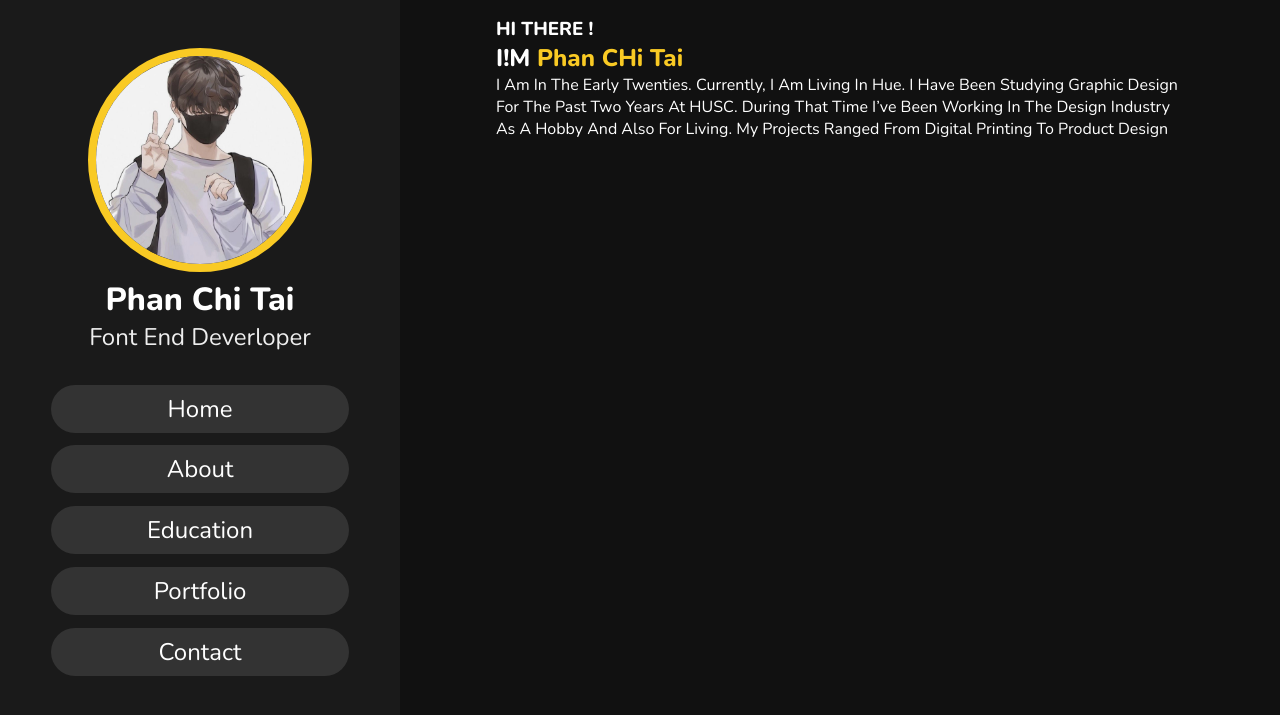
Repository: PCTai/My-profile
Page: index.html
An editor plug-in stored every save of this project. The page is shown before and after the next save, followed by the edit.
The browser window is 1280 px wide. The pictures show the whole page.

Above is the page before, as saved 2021-11-25 20:10:17.

### index.html
<!DOCTYPE html>
<html lang="en">
<head>
    <meta charset="UTF-8">
    <meta http-equiv="X-UA-Compatible" content="IE=edge">
    <meta name="viewport" content="width=device-width, initial-scale=1.0">
    <link rel="preconnect" href="https://fonts.googleapis.com">
    <link rel="preconnect" href="https://fonts.gstatic.com" crossorigin>
    <link href="https://fonts.googleapis.com/css2?family=Nunito:ital,wght@0,400;0,600;0,800;1,200;1,300&display=swap" rel="stylesheet">
    <link rel="stylesheet" href="/assets/font/fontawesome-free-5.15.3-web/css/all.css">

    <link rel="stylesheet" href="/assets/css/style.css">
    <link rel="stylesheet" href="/assets/css/reponsive.css">
    <title>Document</title>
</head>
<body>
    <!-- Header start -->
    <header>
        <div class="user">
            <img src="/assets/imgs/user.jpg" alt="">
            <h3 class="name">Phan Chi Tai</h3>
            <div class="post">Font End Deverloper</div>
        </div>
        <div class="navbar">
            <ul>
                <li><a href="#home">home</a></li>
                <li><a href="#about">About</a></li>
                <li><a href="#education">Education</a></li>
                <li><a href="#portfolio">Portfolio</a></li>
                <li><a href="#contact">Contact</a></li>
            </ul>
        </div>
    </header>
    <!-- Header end -->
    <div id="menu"class="fas fa-bars">
    </div>
    <!-- start home -->
    <section>
        <div id="home" class="home">
            <h3>HI THERE !</h3>
            <h1>I!M <span>Phan CHi Tai</span></h1>
            <p>I am in the early twenties. Currently, I am living in Hue. I have been studying graphic design for the past two years at  HUSC. During that time I’ve been working in the design industry as a hobby and also for living. My projects ranged from digital printing to product design</p>
        </div>
    </section>
    <!-- end home -->
    <!-- start education -->
    <script src="/app.js"></script>
</body>
</html>

### assets/css/style.css
:root{
    --yellow: #f9ca24;
}
*{
    font-family: 'Nunito', sans-serif;
    margin: 0;padding: 0;
    box-sizing: border-box;
    text-decoration: none;
    outline: none;border: none;
    text-transform: capitalize;
    transition: all .2s linear;
}
html{
    font-size: 62,5%;
    overflow: hidden;
}
::selection{
    background-color: var(--yellow);
    color: #333;

}
html::-webkit-scrollbar{
    width: 1.4rem;
}
html::-webkit-scrollbar-track{
    background: #222;
}
html::-webkit-scrollbar-thumb{
    background: var(--yellow);
}
body{
    padding-left: 25rem;
    background: #111;
}
header{
    position: fixed;
    top: 0;
    left: 0;
    z-index: 1000;
    height: 100%;
    display: flex;
    flex-direction: column;
    justify-content: center;
    align-items: center;
    width: 25rem;
    background-color: #1a1a1a;
}

.user img{
    margin-top: 2rem;
    height: 14rem;
    width: 14rem;
    border-radius: 50%;
    object-fit: cover;
    border: 0.5rem solid var(--yellow);

}
header .user .name{
    text-align: center;
    font-size: 2rem;
    color: #fff;
}
header .user .post{
    text-align: center;
    font-size: 1.5rem;
    color: #eee;
}
header .navbar ul{
    margin-top: 1rem;
    list-style: none;
    padding: 1rem 3rem;
}
header .navbar ul li a:hover{
    background-color: var(--yellow);
}
header .navbar ul li a{
    display: block;
    padding: 0.5rem 6rem;
   margin-bottom: 0.8rem;
   background-color: #333;
   color: #fff;
   font-size: 1.5rem;
   border-radius: 5rem;
   text-align: center;
   cursor: pointer;
}
#menu:hover{
    color: var(--yellow);
}


#menu{
    position: fixed;
    z-index: 1000;
    top: 1rem;
    right: 1rem;
    color: #fff;
    padding: 1rem;
    background-color: #222;
    font-size: 2rem;
    cursor: pointer;
}
section{
    min-height: 100vh;
    padding: 1rem;
}
.home{

    color: #fff;
    padding: 0 5rem;
    display: flex;
    flex-direction: column;
    justify-content: center;
    margin: auto;
}
.home span{
    color: var(--yellow);

}

### assets/css/reponsive.css

@media (min-width:1024px){
    #menu{
        display: none;
    }
}
@media (max-width:1024px){
    header{
        left: -125%;
    }

}
@media (max-width:486px){
    header{
        width: 100vw;
    }

}

### app.js

var menu=document.getElementById('menu');
var header=document.querySelector('header');
menu.onclick=function(e){
    if(this.className=='fas fa-bars'){
        this.classList.remove('fa-bars');
        this.classList.add('fa-times');
        header.style='left:0%';
    }
    else{
        this.classList.remove('fa-times');
        this.classList.add('fa-bars');
        header.style='left:-125%';
    }
};

Loaded but not shown: assets/font/fontawesome-free-5.15.3-web/css/all.css (library)

After the next save:
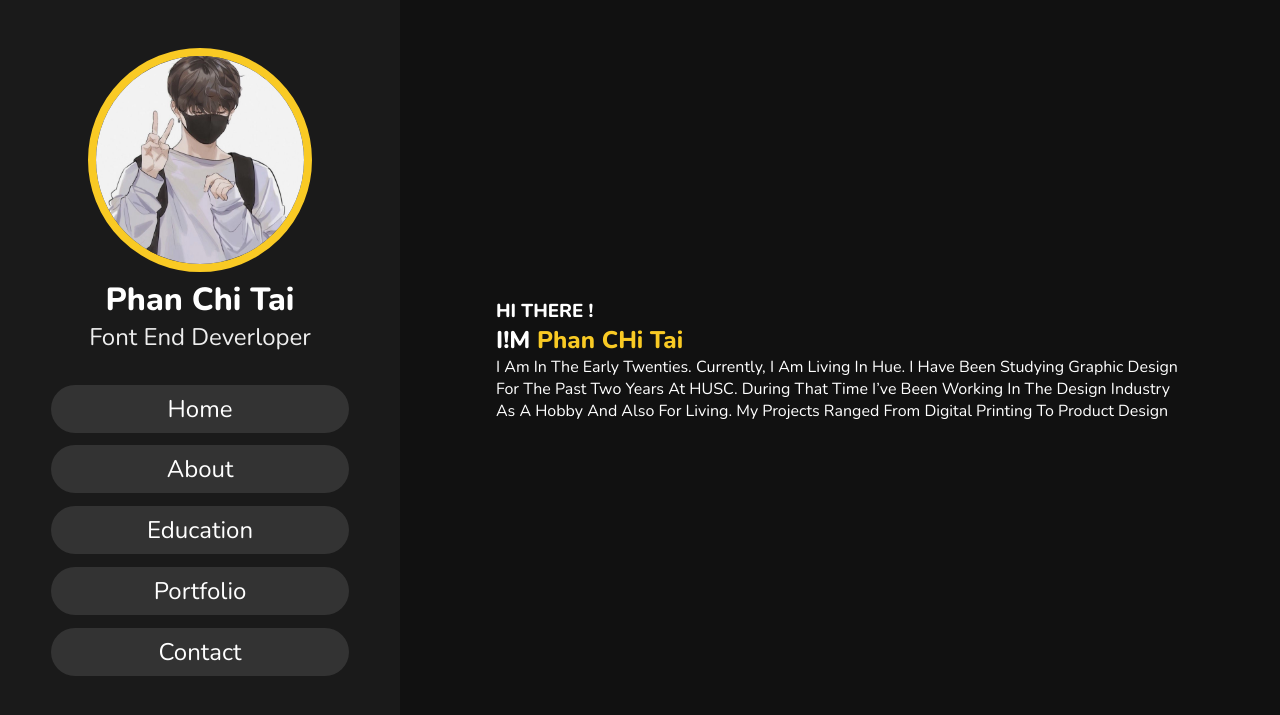
Saved 18 s later.
--- a/assets/css/style.css
+++ b/assets/css/style.css
@@ -103,14 +103,13 @@ header .navbar ul li a{
 section{
     min-height: 100vh;
     padding: 1rem;
+    display: flex;
 }
 .home{
 
     color: #fff;
     padding: 0 5rem;
-    display: flex;
-    flex-direction: column;
-    justify-content: center;
+
     margin: auto;
 }
 .home span{
